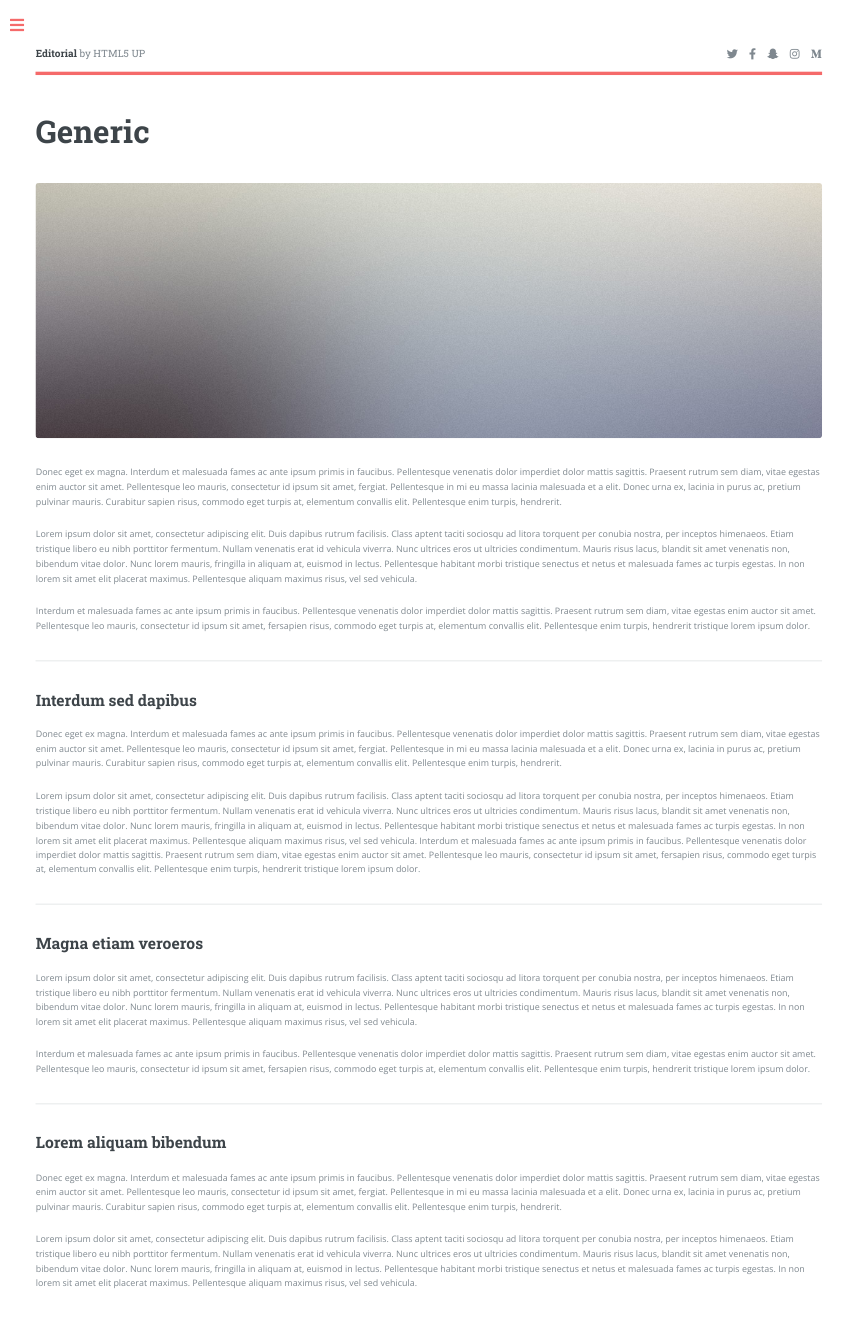
Repository: Hpz3859/Hpz3859.github.io
Page: tianjin_2023_02.html
These files come from the project's save history. The page is drawn as it stood at one moment and after the next save; the edit follows.
The browser window is 1280 px wide. The pictures show the whole page, at 67% of full size.

Above is the page before, as saved 2025-03-19 17:49:03.

After the next save:
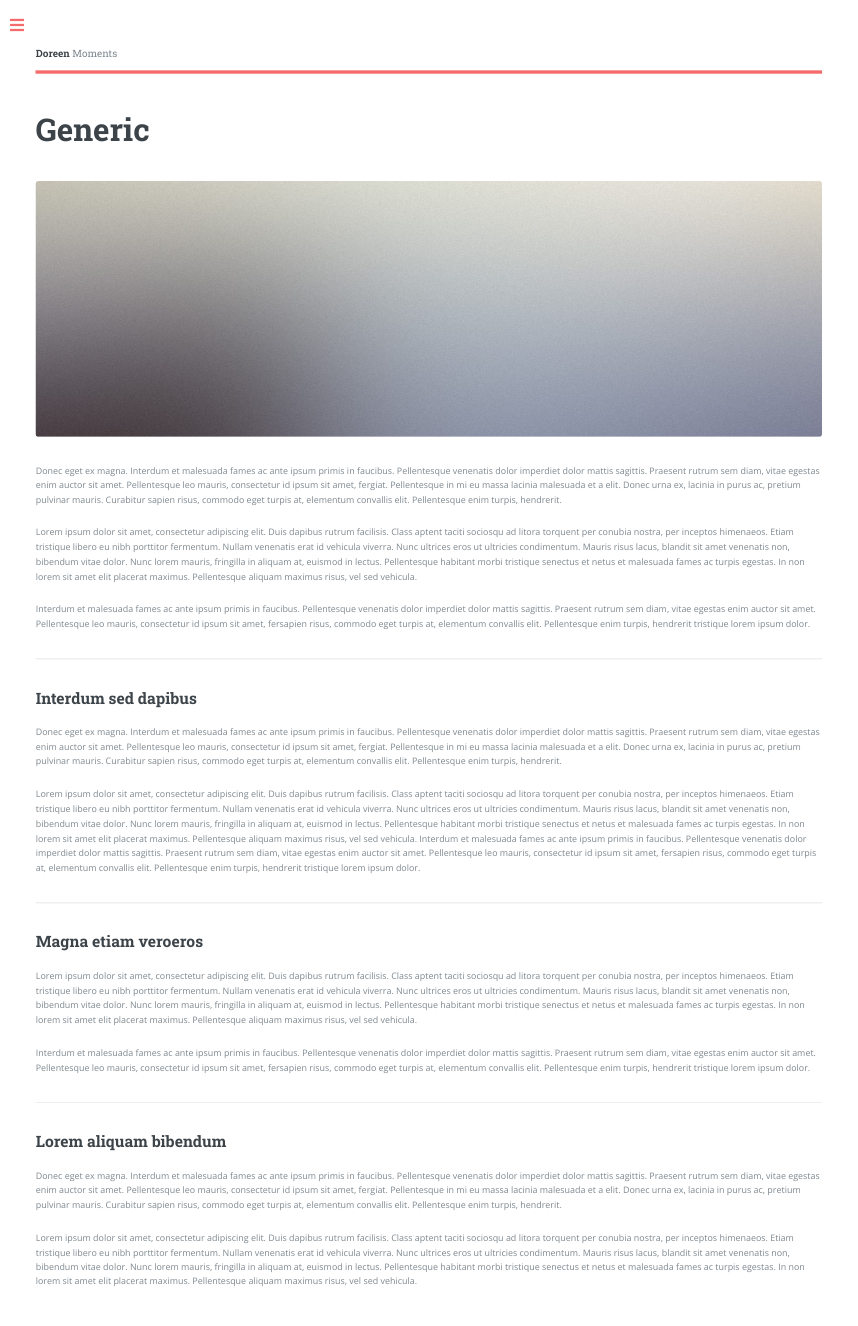
Saved 3 min 33 s later.
--- a/tianjin_2023_02.html
+++ b/tianjin_2023_02.html
@@ -6,7 +6,7 @@
 -->
 <html>
 	<head>
-		<title>Generic - Editorial by HTML5 UP</title>
+		<title>Doreen tianjin_2023_02</title>
 		<meta charset="utf-8" />
 		<meta name="viewport" content="width=device-width, initial-scale=1, user-scalable=no" />
 		<link rel="stylesheet" href="assets/css/main.css" />
@@ -22,14 +22,8 @@
 
 							<!-- Header -->
 								<header id="header">
-									<a href="index.html" class="logo"><strong>Editorial</strong> by HTML5 UP</a>
-									<ul class="icons">
-										<li><a href="#" class="icon brands fa-twitter"><span class="label">Twitter</span></a></li>
-										<li><a href="#" class="icon brands fa-facebook-f"><span class="label">Facebook</span></a></li>
-										<li><a href="#" class="icon brands fa-snapchat-ghost"><span class="label">Snapchat</span></a></li>
-										<li><a href="#" class="icon brands fa-instagram"><span class="label">Instagram</span></a></li>
-										<li><a href="#" class="icon brands fa-medium-m"><span class="label">Medium</span></a></li>
-									</ul>
+									<a href="tianjin_2023_02.html" class="logo"><strong>Doreen</strong> Moments</a>
+
 								</header>
 
 							<!-- Content -->
